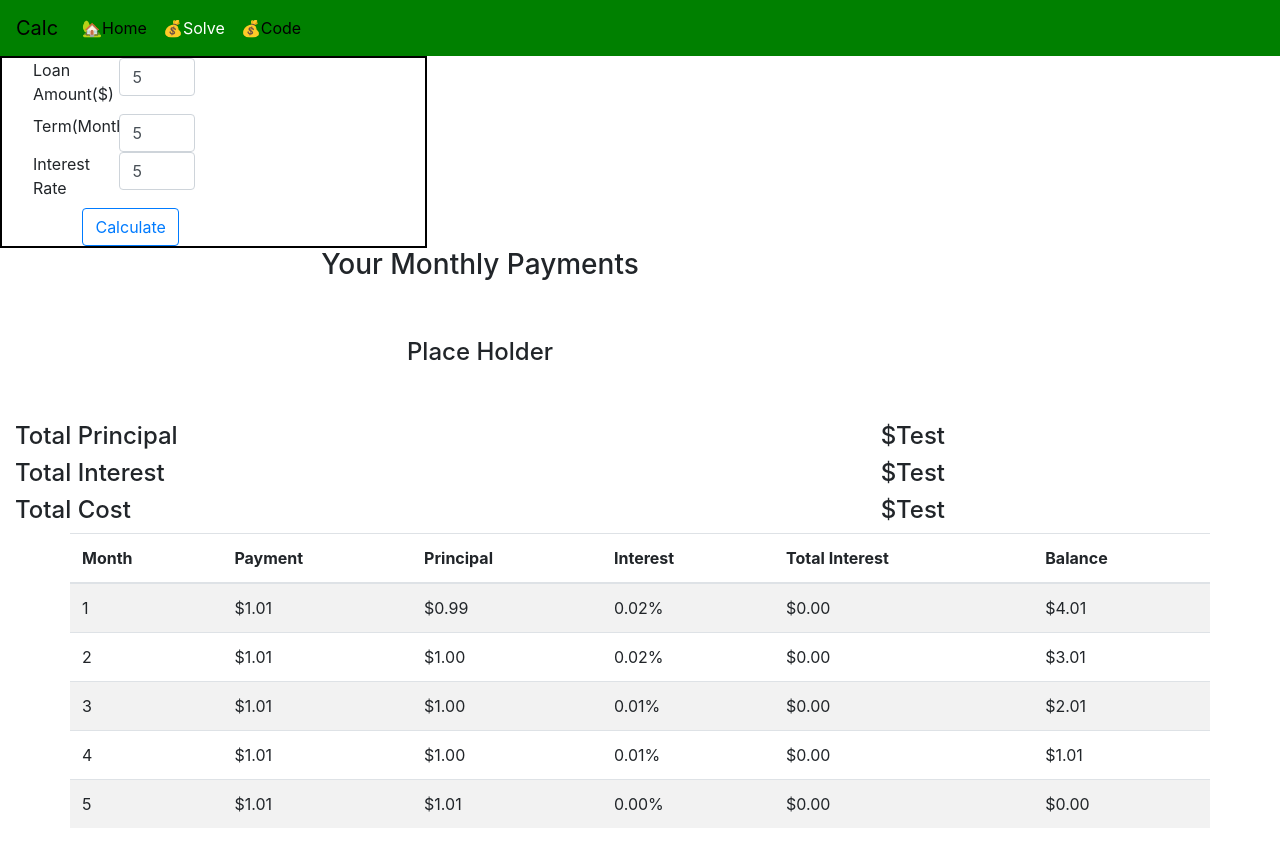
Repository: zhadjah9559/MortgageManager
Page: solve.html
An editor plug-in stored every save of this project. The page is shown before and after a run of saves, followed by the edit.
The browser window is 1280 px wide. The pictures show the whole page.
Empty fields were first filled with sample values (such as "Sample", 5 or name@example.com).
After loading, the first visible `button.btn` was clicked once.

Above is the page before, as saved 2021-01-16 15:50:19.

### solve.html
<!doctype html>
<html lang="en">
  <head>
    <title>Mortgage Loan Calculator</title>
    <!-- Required meta tags -->
    <meta charset="utf-8">
    <meta name="viewport" content="width=device-width, initial-scale=1, shrink-to-fit=no">

    <!-- Bootstrap CSS -->
    <link rel="stylesheet" href="https://stackpath.bootstrapcdn.com/bootstrap/4.3.1/css/bootstrap.min.css" integrity="sha384-ggOyR0iXCbMQv3Xipma34MD+dH/1fQ784/j6cY/iJTQUOhcWr7x9JvoRxT2MZw1T" crossorigin="anonymous">
    <link rel="stylesheet" href="css/custom.css">
    <link rel="stylesheet" href="css/prism.css">
  </head>
  <body>

    <nav class="navbar navbar-expand-sm navbar-dark" style="background-color: green;">
        <a class="navbar-brand" href="#">Calc</a>
        <button class="navbar-toggler d-lg-none" type="button" data-toggle="collapse" data-target="#collapsibleNavId" aria-controls="collapsibleNavId"
            aria-expanded="false" aria-label="Toggle navigation"></button>
        <div class="collapse navbar-collapse" id="collapsibleNavId">
            <ul class="navbar-nav mr-auto mt-2 mt-lg-0">
                <li class="nav-item ">
                    <a class="nav-link" href="index.html">🏡Home </a>
                </li>
                <li class="nav-item active">
                    <a class="nav-link" href="solve.html">💰Solve <span class="sr-only">(current)</span></a>
                </li>
                <li class="nav-item">
                    <a class="nav-link" href="code.html">💰Code</a>
                </li>
            </ul>
        </div>
    </nav>

    </div>

    <div class="container-fluid">
        <div class="row">

            <div class="col-lg-4" style="border:2px solid black;">
                <div class="row">
                    <div class="col-2 ml-3">
                        <label for="Loan Amount">Loan Amount($)</label>
                    </div>
                    <div class="col-3 ml-3">
                        <input type="number" class="form-control" id="loanAmount" placeholder="100000">
                    </div>
                </div>
                <div class="row">
                    <div class="col-2 ml-3">
                        <label for="Term">Term(Months)</label>
                    </div>
                    <div class="col-3 ml-3">
                        <input type="number" class="form-control" id="months" placeholder="60">
                    </div>
                </div>
                <div class="row">
                    <div class="col-2 ml-3">
                        <label for="Interest Rate">Interest Rate</label>
                    </div>
                    <div class="col-3 ml-3">
                        <input type="number" class="form-control" id="interestRate" placeholder="3.5%">
                    </div>
                </div>
                <div class="row offset-2">
                    <button class="btn btn-outline-primary" type="submit" onclick="calculateLoan()">Calculate</button>
                </div>
            </div>



            <div class="col-lg-9 mr-3" style="border:px solid black;">
                <div class="row justify-content-center">
                    <h3>Your Monthly Payments</h3>
                </div>


                <div class="row justify-content-center mt-5">
                    <h4 id="monthlyPayment">Place Holder</h4>
                </div>


                <div class="row justify-content-center mt-5">
                    <div class="col-3">
                        <h4>Total Principal</h4>
                    </div>
                    <div class="col-3 offset-6">
                        <h4 id="totalPrincipalOutput" class="text-right">$Test</h4>
                    </div>


                    <div class="col-3">
                        <h4>Total Interest</h4>
                    </div>
                    <div class="col-3 offset-6">
                        <h4 id="totalInterestOutput" class="text-right">$Test</h4>
                    </div>


                    <div class="col-3">
                        <h4>Total Cost</h4>
                    </div>
                    <div class="col-3 offset-6">
                        <h4 id="totalCostOutput" class="text-right">$Test</h4>
                    </div>

                </div>
            </div>

        </div>
    </div>


    <div class="container">
        <div class="row">
            <table class="table table-striped">
                <thead>
                    <tr>
                        <th>Month</th>
                        <th>Payment</th>
                        <th>Principal</th>
                        <th>Interest</th>
                        <th>Total Interest</th>
                        <th>Balance</th>
                    </tr>
                </thead>
                <tbody id="tBody">

                </tbody>
            </table>
        </div>
    </div>



    <!-- Optional JavaScript -->
    <!-- jQuery first, then Popper.js, then Bootstrap JS -->
    <script src="https://code.jquery.com/jquery-3.3.1.slim.min.js" integrity="sha384-q8i/X+965DzO0rT7abK41JStQIAqVgRVzpbzo5smXKp4YfRvH+8abtTE1Pi6jizo" crossorigin="anonymous"></script>
    <script src="https://cdnjs.cloudflare.com/ajax/libs/popper.js/1.14.7/umd/popper.min.js" integrity="sha384-UO2eT0CpHqdSJQ6hJty5KVphtPhzWj9WO1clHTMGa3JDZwrnQq4sF86dIHNDz0W1" crossorigin="anonymous"></script>
    <script src="https://stackpath.bootstrapcdn.com/bootstrap/4.3.1/js/bootstrap.min.js" integrity="sha384-JjSmVgyd0p3pXB1rRibZUAYoIIy6OrQ6VrjIEaFf/nJGzIxFDsf4x0xIM+B07jRM" crossorigin="anonymous"></script>
    <script src="js/custom.js"></script>
    <script src="js/prism.js"></script>
  </body>
</html>

### css/custom.css
.navbar-dark .navbar-nav .active>.nav-link{
    color:white;
}
.navbar-dark .navbar-nav .nav-link{
    color:black;
}
.navbar .navbar-brand{
    color:black;
}

### css/prism.css
/* PrismJS 1.23.0
https://prismjs.com/download.html#themes=prism-okaidia&languages=markup+css+clike+javascript&plugins=normalize-whitespace */
/**
 * okaidia theme for JavaScript, CSS and HTML
 * Loosely based on Monokai textmate theme by http://www.monokai.nl/
 * @author ocodia
 */

code[class*="language-"],
pre[class*="language-"] {
	color: #f8f8f2;
	background: none;
	text-shadow: 0 1px rgba(0, 0, 0, 0.3);
	font-family: Consolas, Monaco, 'Andale Mono', 'Ubuntu Mono', monospace;
	font-size: 1em;
	text-align: left;
	white-space: pre;
	word-spacing: normal;
	word-break: normal;
	word-wrap: normal;
	line-height: 1.5;

	-moz-tab-size: 4;
	-o-tab-size: 4;
	tab-size: 4;

	-webkit-hyphens: none;
	-moz-hyphens: none;
	-ms-hyphens: none;
	hyphens: none;
}

/* Code blocks */
pre[class*="language-"] {
	padding: 1em;
	margin: .5em 0;
	overflow: auto;
	border-radius: 0.3em;
}

:not(pre) > code[class*="language-"],
pre[class*="language-"] {
	background: #272822;
}

/* Inline code */
:not(pre) > code[class*="language-"] {
	padding: .1em;
	border-radius: .3em;
	white-space: normal;
}

.token.comment,
.token.prolog,
.token.doctype,
.token.cdata {
	color: #8292a2;
}

.token.punctuation {
	color: #f8f8f2;
}

.token.namespace {
	opacity: .7;
}

.token.property,
.token.tag,
.token.constant,
.token.symbol,
.token.deleted {
	color: #f92672;
}

.token.boolean,
.token.number {
	color: #ae81ff;
}

.token.selector,
.token.attr-name,
.token.string,
.token.char,
.token.builtin,
.token.inserted {
	color: #a6e22e;
}

.token.operator,
.token.entity,
.token.url,
.language-css .token.string,
.style .token.string,
.token.variable {
	color: #f8f8f2;
}

.token.atrule,
.token.attr-value,
.token.function,
.token.class-name {
	color: #e6db74;
}

.token.keyword {
	color: #66d9ef;
}

.token.regex,
.token.important {
	color: #fd971f;
}

.token.important,
.token.bold {
	font-weight: bold;
}
.token.italic {
	font-style: italic;
}

.token.entity {
	cursor: help;
}

### js/custom.js
function calculateLoan(){
    let loanAmount = parseInt( document.getElementById("loanAmount").value )
    let months = parseInt( document.getElementById("months").value )

    //before the very first month
    let remainingBalance = [loanAmount]

    //DONT FORGET TO CONVERT THIS TO A PERCENTAGE
    let interestRate = parseInt( document.getElementById("interestRate").value )

    //Keep track of interest payments
    let interest = new Array()

    //Keep track of principal payments
    let principalPayments = new Array()

    //keep track of total interest
    let totalInterest = new Array()

    //Total Monthly Payment                                                         (1+rate/1200)^(-NumberOfMonths)
    let totalMonthlyPayment = (loanAmount) * (interestRate/1200) / (1 -   Math.pow( (1 + interestRate/1200) , (-months) ) )

    //END OF DECLARATIONS*******************************************************

    //input validation to make sure interest is valid number
    if(interestRate >= 100){

    }


    //loop will perform 60 times meaning you will get 60 elements for the variables declared inside
    for (let i = 0; i < months; i++) {
        //Interest
        interest.push(  (remainingBalance[i]) * (interestRate/1200)  )

        //principal payment
        principalPayments.push(  totalMonthlyPayment - interest[i]  )


        totalInterest[i] = 0

        //totalInterest
        totalInterest.push( totalInterest[i] + ( (totalMonthlyPayment) - (principalPayments[i]) )    )

        remainingBalance.push( remainingBalance[i] - principalPayments[i] )
    }



    //will later on be used in order to display output
    let tBody ="";
    for (let i = 0; i < months; i++) {
        tBody += `<tr> <td>${ i+1 }</td>
                       <td>$${  (Math.round(totalMonthlyPayment * 100) / 100).toFixed(2) }</td>
                       <td>$${  (Math.round(principalPayments[i] * 100) / 100).toFixed(2)   }</td>
                       <td>${   (Math.round(interest[i] * 100) / 100).toFixed(2) }%</td>
                       <td>$${  (Math.round(totalInterest[i] * 100) / 100).toFixed(2)   }</td>
                       <td>$${  (Math.round(remainingBalance[i+1] * 100) / 100).toFixed(2)   }</td>
                 </tr>`
    }
    document.getElementById("tBody").innerHTML = tBody


}

Loaded but not shown: js/prism.js (library)

After the next 3 saves:
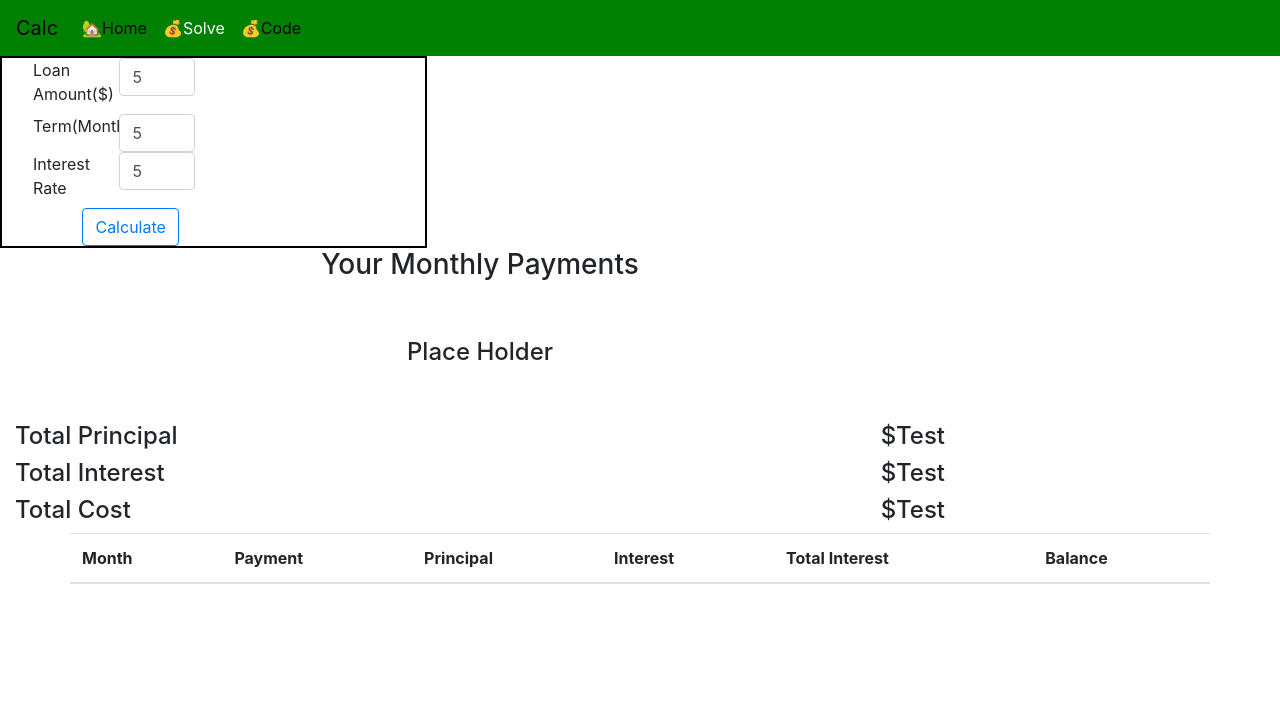
Console error: ReferenceError: i is not defined
The 3 saves are shown as one change because they came seconds apart.
The last was saved 40 s later.
--- a/js/custom.js
+++ b/js/custom.js
@@ -27,6 +27,7 @@
 
     }
 
+    totalInterest[i] = 0
 
     //loop will perform 60 times meaning you will get 60 elements for the variables declared inside
     for (let i = 0; i < months; i++) {
@@ -37,7 +38,7 @@
         principalPayments.push(  totalMonthlyPayment - interest[i]  )
 
 
-        totalInterest[i] = 0
+
 
         //totalInterest
         totalInterest.push( totalInterest[i] + ( (totalMonthlyPayment) - (principalPayments[i]) )    )

After the 3 saves that followed:
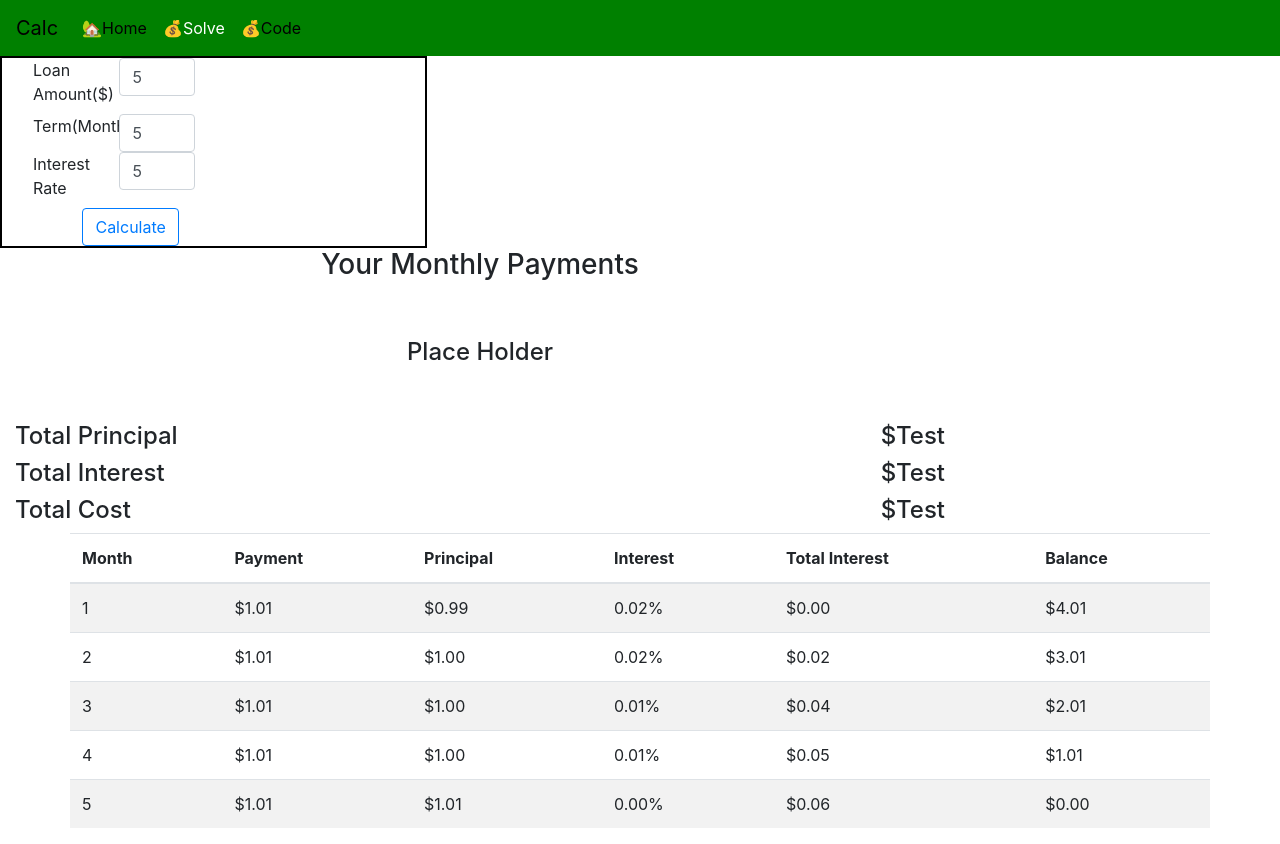
The error is gone.
The 3 saves are shown as one change because 1 left the picture as it was and some came seconds apart.
The last was saved 37 s later.
--- a/js/custom.js
+++ b/js/custom.js
@@ -27,7 +27,7 @@
 
     }
 
-    totalInterest[i] = 0
+    totalInterest.push(0);
 
     //loop will perform 60 times meaning you will get 60 elements for the variables declared inside
     for (let i = 0; i < months; i++) {
